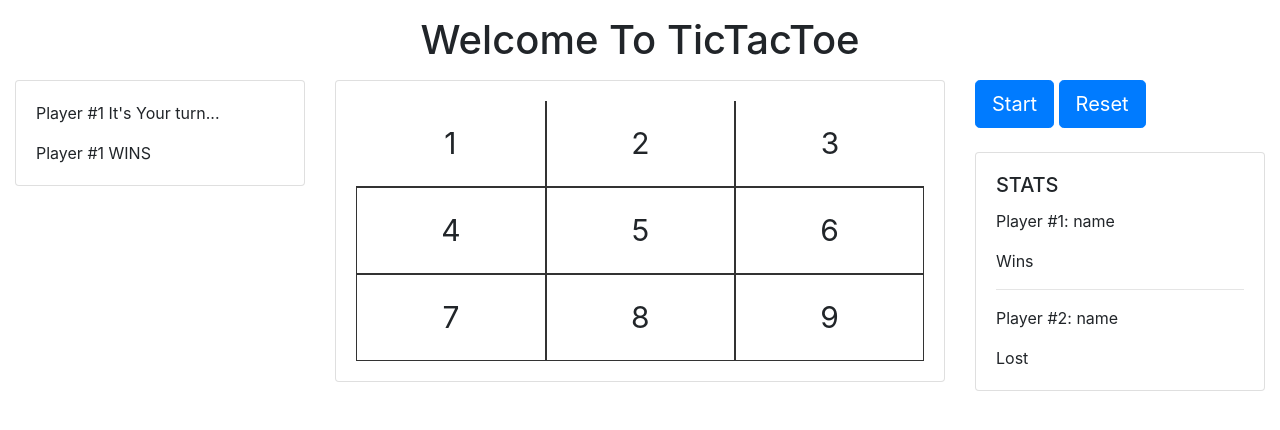
Repository: rOluochKe/JS-TicTacToe
Page: index.html
The author's editor kept a copy of each file at every save. The page is drawn from the files as they stood at one save, then again after the next save.
The browser window is 1280 px wide. The pictures show the whole page.
Some web libraries are served in a nearby version.

Above is the page before, as saved 2020-05-27 00:46:45.
Not found: css/reset.css

### index.html
<!DOCTYPE html>
<html lang="en">
  <head>
    <meta charset="UTF-8" />
    <meta name="viewport" content="width=device-width, initial-scale=1.0" />
    <link rel="stylesheet" href="https://use.fontawesome.com/releases/v5.0.7/css/all.css">
    <link rel="stylesheet" href="./css/styles.css" />
    <link rel="stylesheet" href="./css/reset.css" />
    <link
      rel="stylesheet"
      href="https://stackpath.bootstrapcdn.com/bootstrap/4.3.1/css/bootstrap.min.css"
    />
    <title>TicTacToe JavaScript Game</title>
  </head>
  <body>
    <main class="container-fluid">
      <!-- Header -->
      <div class="row">
        <h1 class="my-3 text-center w-100">Welcome To TicTacToe</h1>
      </div>
      <!-- Body Content -->
      <div class="row">
        <div class="col-md-3">
          <div class="card">
            <div class="card-body">
              <p class="card-text">Player #1 It's Your turn...</p>
              <p class="card-text">Player #1 WINS</p>
            </div>
          </div>
        </div>

        <div class="col-md-6">
          <div class="card">
            <div class="card-body tic-grid">
                <div class="cell">1</div>
                <div class="cell">2</div>
                <div class="cell">3</div>
                <div class="cell">4</div>
                <div class="cell">5</div>
                <div class="cell">6</div>
                <div class="cell">7</div>
                <div class="cell">8</div>
                <div class="cell">9</div>
            </div>
          </div>
        </div>

        <div class="col-md-3">
          <div class="game-buttons mb-4">
            <button class="btn btn-primary btn-lg">Start </button>
            <button class="btn btn-primary btn-lg">Reset </button>
          </div>

          <div class="card">
            <div class="card-body">
              <h5 class="card-title">STATS</h5>
              <p class="card-text">Player #1: name</p>
              <p class="card-text">Wins</p>
              <hr/>
              <p class="card-text">Player #2: name</p>
              <p class="card-text">Lost</p>
            </div>
          </div>
        </div>
      </div>
    </main>
  </body>
  <script src="https://code.jquery.com/jquery-3.3.1.slim.min.js"></script>
  <script src="https://cdnjs.cloudflare.com/ajax/libs/popper.js/1.14.7/umd/popper.min.js"></script>
  <script src="https://stackpath.bootstrapcdn.com/bootstrap/4.3.1/js/bootstrap.min.js"></script>
</html>

### css/styles.css
.tic-grid {
  display: grid;
  grid-template-columns: auto auto auto;
  padding: 10px
}

.cell {
  background-color: rgba(255, 255, 255, 0.8);
  border: 1px solid rgba(0, 0, 0, 0.8);
  padding: 20px;
  font-size: 30px;
  text-align: center;
}

.cell:nth-child(1) {
  border-top: none;
  border-left: none;
}

.cell:nth-child(2) {
  border-top: none;
}

.cell:nth-child(3) {
  border-top: none;
  border-right: none;
}

After the next save:
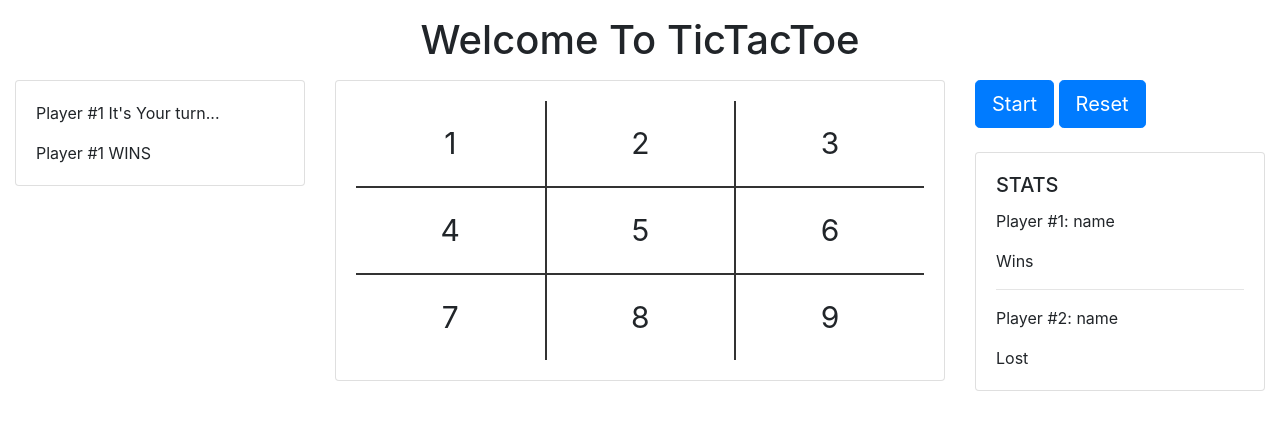
Saved 2 min 23 s later.
--- a/css/styles.css
+++ b/css/styles.css
@@ -25,3 +25,25 @@
   border-top: none;
   border-right: none;
 }
+
+.cell:nth-child(4) {
+  border-left: none;
+}
+
+.cell:nth-child(6) {
+  border-right: none;
+}
+
+.cell:nth-child(7) {
+  border-left: none;
+  border-bottom: none;
+}
+
+.cell:nth-child(8) {
+  border-bottom: none;
+}
+
+.cell:nth-child(9) {
+  border-right: none;
+  border-bottom: none;
+}
